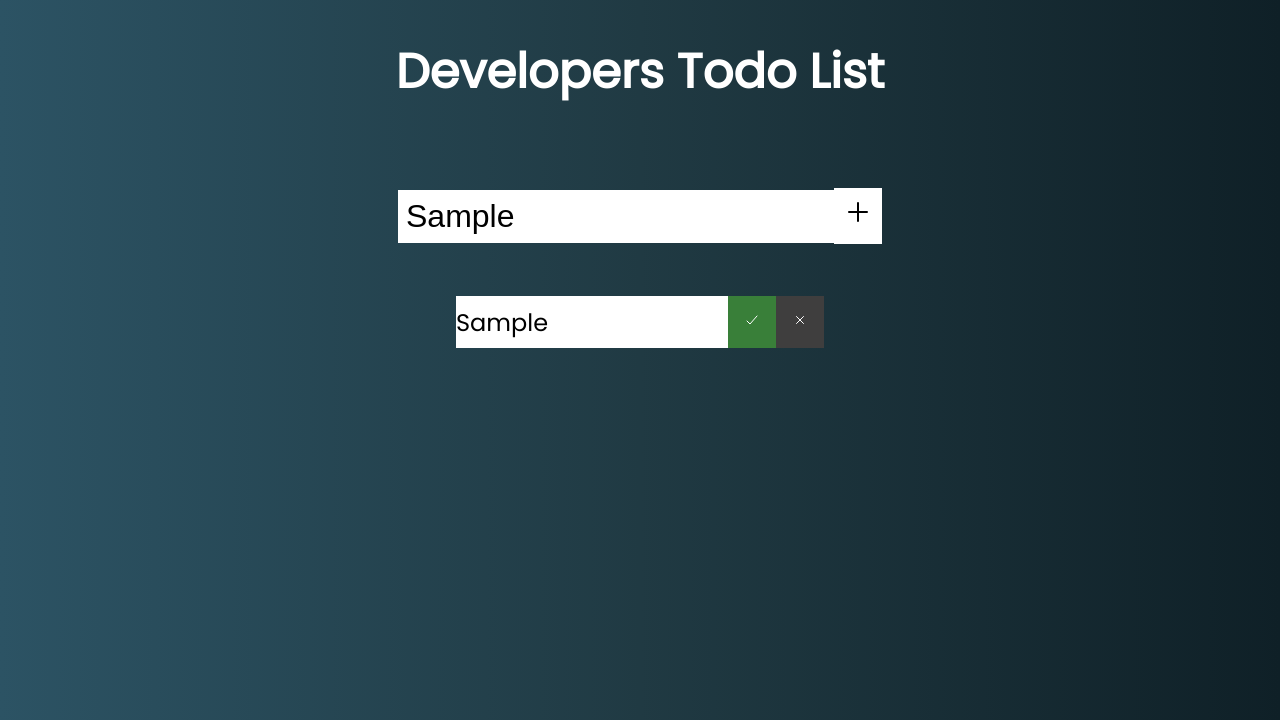
Repository: DevAntonioRogers/Vanilla-TodoList
Page: index.html
The author's editor kept a copy of each file at every save. The page is drawn from the files as they stood at one save, then again after the next save.
The browser window is 1280 px wide. The pictures show the whole page.
Empty fields were first filled with sample values (such as "Sample", 5 or name@example.com).
After loading, the first visible `button.todo-button` was clicked once.

Above is the page before, as saved 2023-05-12 00:25:35.

After the next save:
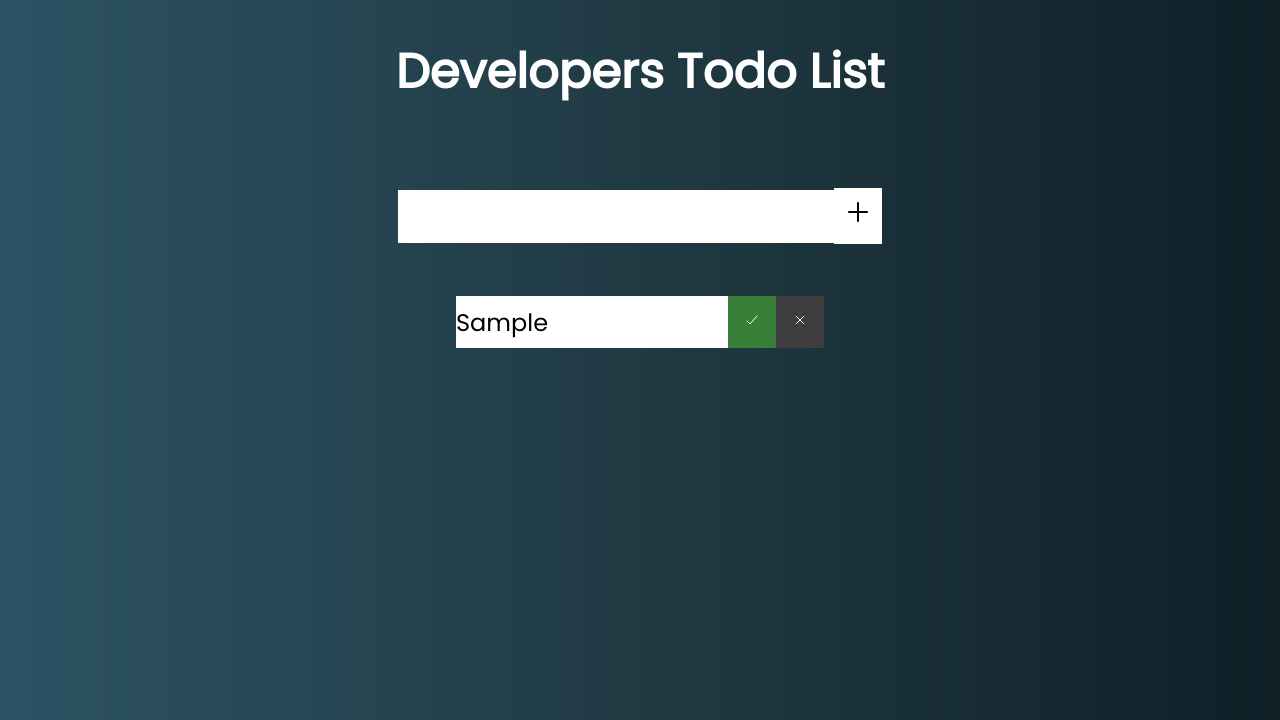
Saved 32 s later.
--- a/app.js
+++ b/app.js
@@ -23,4 +23,6 @@ todoButton.addEventListener('click', (e) => {
   todoDiv.appendChild(deleteButton)
 
   todoList.appendChild(todoDiv)
+
+  todoInput.value = ''
 })
